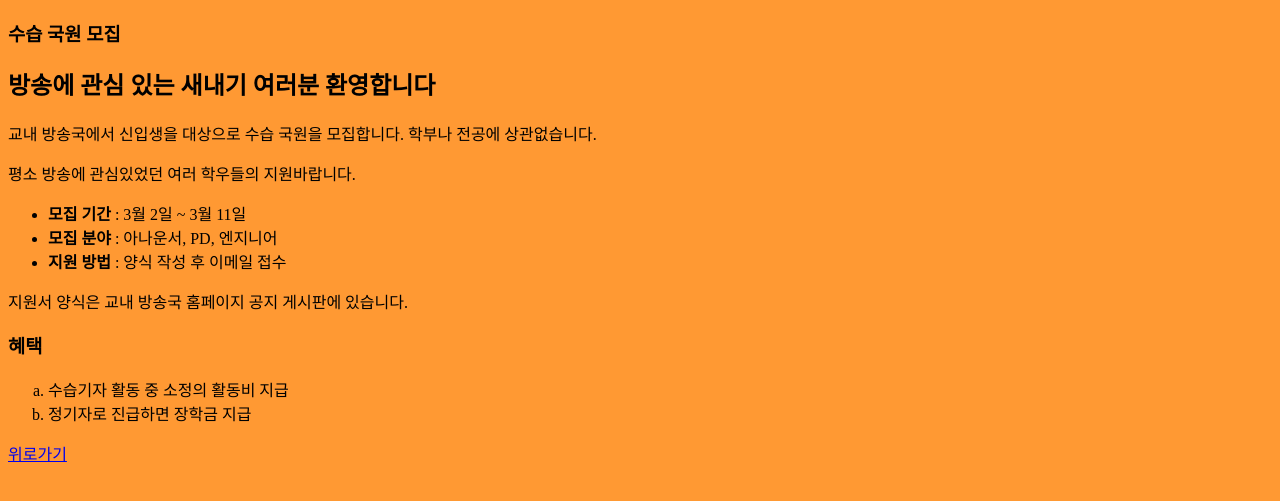
Repository: gus-123/Edu_KCC_HTML
Page: CSS/WebContent/h_missioncss.html
These files come from the project's save history. The page is drawn as it stood at one moment and after the next save; the edit follows.
The browser window is 1280 px wide. The pictures show the whole page.

Above is the page before, as saved 2024-07-09 01:18:07.

### CSS/WebContent/h_missioncss.html
<!DOCTYPE html>
<html>
<head>
<meta charset="UTF-8">
<title>Insert title here</title>
<style type="text/css">
	* {
		background : #ff9933;
	}
	.target1 {

	}
	#target2 {

	}
	#target3 {

	}

</style>
</head>
<body>
	<a id = "top"></a>

	<div class = "target1">
		<h3 id = "target2">수습 국원 모집</h3>
		<h2>방송에 관심 있는 새내기 여러분 환영합니다</h2>
		<p>교내 방송국에서 신입생을 대상으로 수습 국원을 모집합니다. 학부나 전공에 상관없습니다.</p>
		<p>평소 방송에 관심있었던 여러 학우들의 지원바랍니다.</p>
	</div>

	<div>
	<ul>
		<li><b>모집 기간</b> : 3월 2일 ~ 3월 11일</li>
		<li><b>모집 분야</b> : 아나운서, PD, 엔지니어</li>
		<li><b>지원 방법</b> : 양식 작성 후 이메일 접수</li>
	</ul>
	<p>지원서 양식은 교내 방송국 홈페이지 공지 게시판에 있습니다.</p>
	</div>

	<div class = "target1">
		<h3 id="target3">혜택</h3>
		<ol type="a">
			<li>수습기자 활동 중 소정의 활동비 지급</li>
			<li>정기자로 진급하면 장학금 지급</li>
		</ol>
	</div>
	<a href="#top">위로가기</a>
</body>
</html>

After the next save:
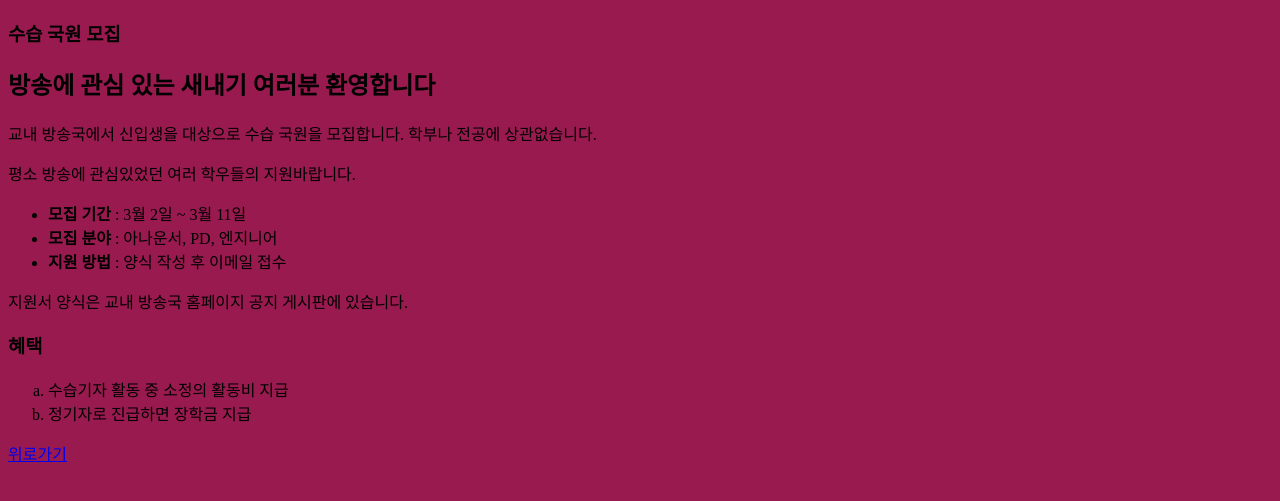
Saved 2 min 19 s later.
--- a/CSS/WebContent/h_missioncss.html
+++ b/CSS/WebContent/h_missioncss.html
@@ -5,9 +5,11 @@
 <title>Insert title here</title>
 <style type="text/css">
 	* {
-		background : #ff9933;
+		background : #981a4e;
+
 	}
 	.target1 {
+
 
 	}
 	#target2 {
